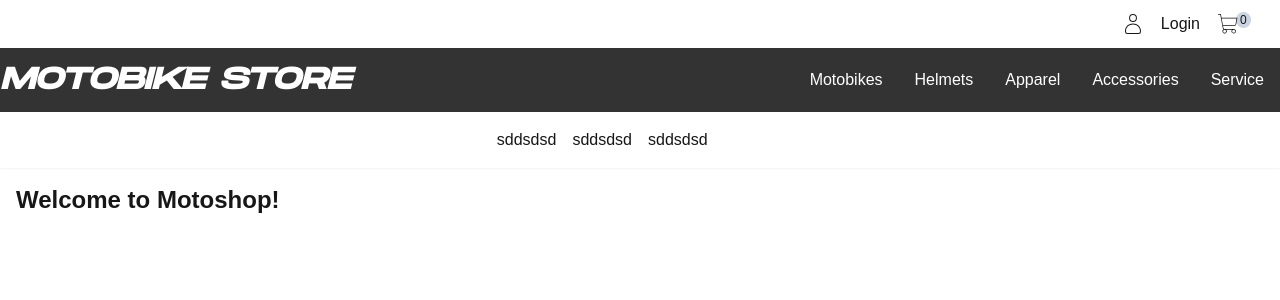
Repository: Than-sothearak/next-motoshop
Page: /
These files come from the project's save history. The page is drawn as it stood at one moment and after the next save; the edit follows.
The browser window is 1280 px wide. The pictures show the whole page.
The project was rebuilt for these pictures with package versions that can differ from the ones it lists, and the page was loaded fresh each time. The framework's server and built-in components were replaced by stand-ins that run in the browser. Also part of the build but not shown: next.config.mjs.

Above is the page before, as saved 2024-10-10 21:25:38.

After the next save:
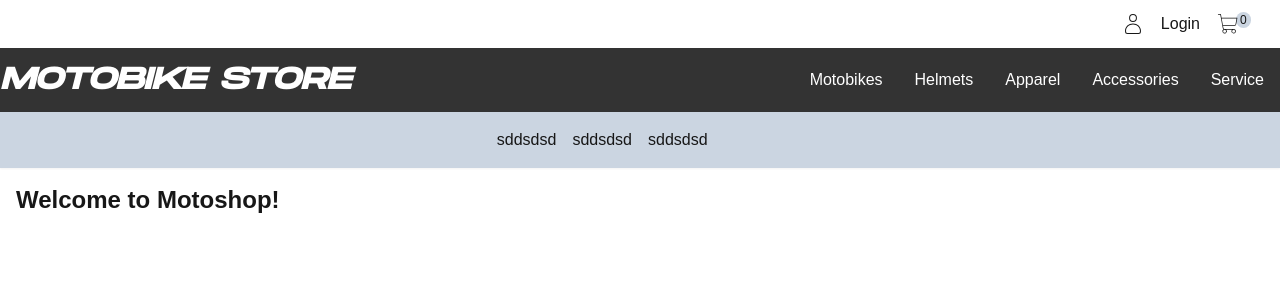
Saved 28 s later.
--- a/app/components/Navbar.js
+++ b/app/components/Navbar.js
@@ -51,7 +51,7 @@ export default function Navbar() {
           </div>
         </div>
       </nav>
-      <div className="shadow-sm p-4">
+      <div className="shadow-sm p-4 bg-slate-300">
         <div className="container mx-auto  justify-center flex">
           <ul className="grid grid-cols-4 gap-4">
             <a>sddsdsd</a>
